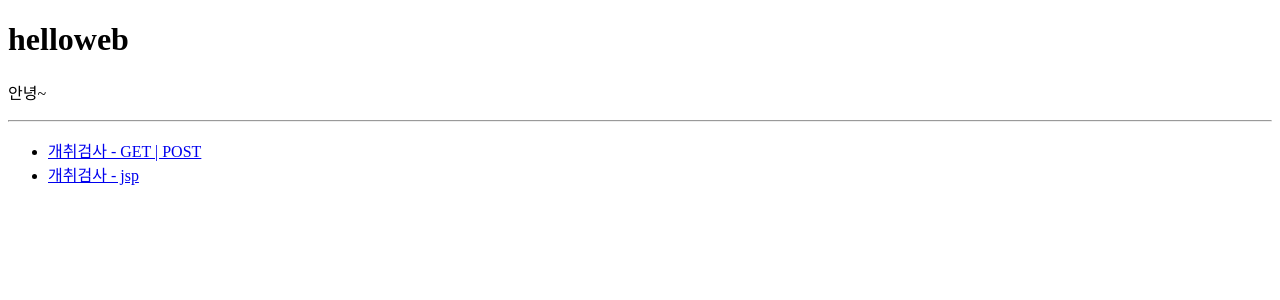
Repository: kianpas/KH_Server
Page: 01_helloweb/WebContent/index.html
These files come from the project's save history. The page is drawn as it stood at one moment and after the next save; the edit follows.
The browser window is 1280 px wide. The pictures show the whole page.

Above is the page before, as saved 2021-03-24 08:38:48.

### 01_helloweb/WebContent/index.html
<!DOCTYPE html>
<html>
<head>
<meta charset="UTF-8">
<title>helloweb</title>
</head>
<body>
	<h1>helloweb</h1>
	<p>안녕~</p>
	<hr>
	<ul>
	<!-- browser(client) 절대주소 작성시, 반드시 context-path부터 작성할 것.
		localhost:9090이후를 찾게된다. -->
	<!-- context path 이후의 경로 WebContent폴더에서 찾게된다. -->
		<li><a href="/web/servlet/testPerson1.html">개취검사 - GET | POST</a></li>
		<li><a href="/web/servlet/testPerson2.html">개취검사 - jsp</a></li>
	</ul>
</body>
</html>

After the next save:
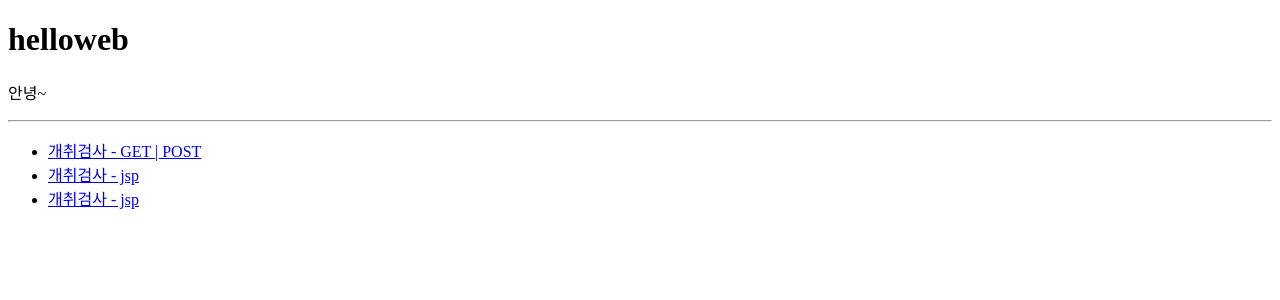
Saved 2 min 6 s later.
--- a/01_helloweb/WebContent/index.html
+++ b/01_helloweb/WebContent/index.html
@@ -14,6 +14,7 @@
 	<!-- context path 이후의 경로 WebContent폴더에서 찾게된다. -->
 		<li><a href="/web/servlet/testPerson1.html">개취검사 - GET | POST</a></li>
 		<li><a href="/web/servlet/testPerson2.html">개취검사 - jsp</a></li>
+		<li><a href="/web/menu/menu.jsp">개취검사 - jsp</a></li>
 	</ul>
 </body>
 </html>
